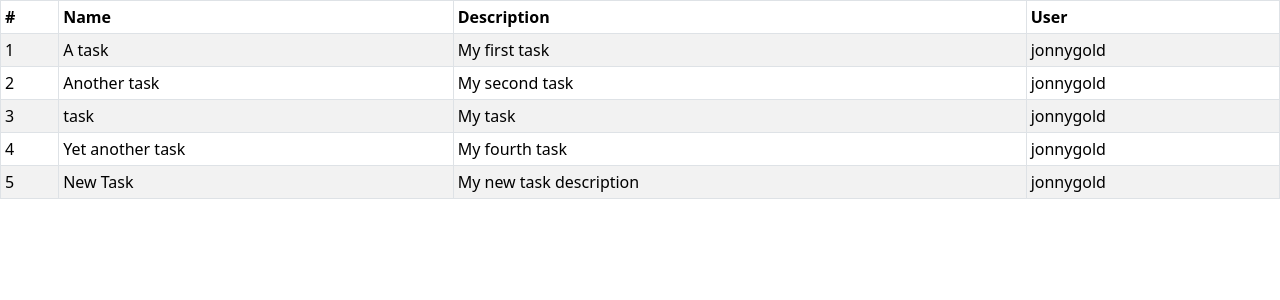
Repository: trider/react-task-app
Page: /tasks
The author's editor kept a copy of each file at every save. The page is drawn from the files as they stood at one save, then again after the next save.
The browser window is 1280 px wide. The pictures show the whole page.
The project was rebuilt for these pictures with package versions that can differ from the ones it lists, and the page was loaded fresh each time. Also part of the build but not shown: src/pages/Login.js.

Above is the page before, as saved 2024-05-02 17:52:23.

After the next save:
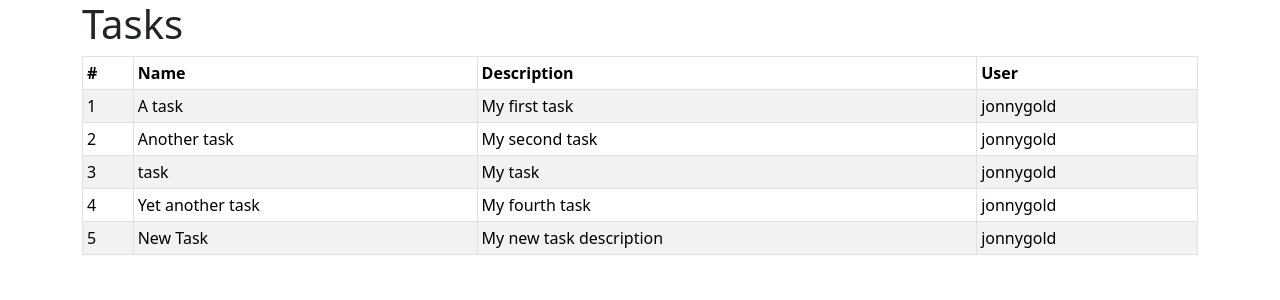
Saved 42 s later.
--- a/src/pages/Task.js
+++ b/src/pages/Task.js
@@ -61,7 +61,9 @@ const userTasks= [
 
 ]
 
-const TaskList = () => {
+
+
+const TaskTable = () => {
   return (
     <div>
       <Table striped bordered hover size="sm">
@@ -93,4 +95,13 @@ const TaskList = () => {
   );
 }
 
+const TaskList = () => {
+  return (
+    <Container>
+      <h1>Tasks</h1>
+      <TaskTable />
+    </Container>
+  );
+}
+
 export default TaskList;
